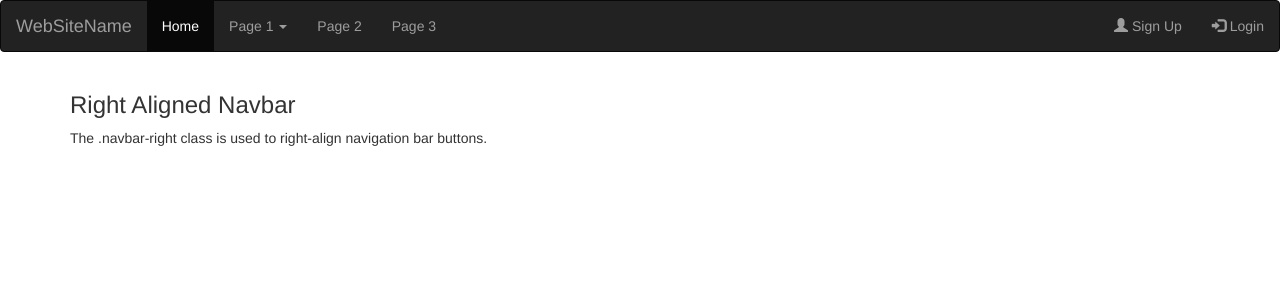
Repository: Ahmad-hamdan98/Java_Project
Page: http://localhost/javaproject/WIB-INF/ShowAll.jsp
These files come from the project's save history. The page is drawn as it stood at one moment and after the next save; the edit follows.
The browser window is 1280 px wide. The pictures show the whole page.
The page is served by Tomcat 9. Other server files are loaded and not shown.

Above is the page before, as saved 2022-11-19 15:15:19.

### atfirst/javaproject/src/main/webapp/WIB-INF/ShowAll.jsp
   <!DOCTYPE html>
<html lang="en">
<head>
  <title>Bootstrap Case</title>
  <meta charset="utf-8">
  <meta name="viewport" content="width=device-width, initial-scale=1">
  <link rel="stylesheet" href="https://maxcdn.bootstrapcdn.com/bootstrap/3.3.6/css/bootstrap.min.css">

</head>
<body>

<nav class="navbar navbar-inverse">
  <div class="container-fluid">
    <div class="navbar-header">
      <a class="navbar-brand" href="#">WebSiteName</a>
    </div>
    <ul class="nav navbar-nav">
      <li class="active"><a href="#">Home</a></li>
      <li class="dropdown"><a class="dropdown-toggle" data-toggle="dropdown" href="#">Page 1 <span class="caret"></span></a>
        <ul class="dropdown-menu">
          <li><a href="#">Page 1-1</a></li>
          <li><a href="#">Page 1-2</a></li>
          <li><a href="#">Page 1-3</a></li>
        </ul>
      </li>
      <li><a href="#">Page 2</a></li>
      <li><a href="#">Page 3</a></li>
    </ul>
    <ul class="nav navbar-nav navbar-right">
      <li><a href="#"><span class="glyphicon glyphicon-user"></span> Sign Up</a></li>
      <li><a href="#"><span class="glyphicon glyphicon-log-in"></span> Login</a></li>
    </ul>
  </div>
</nav>

<div class="container">
  <h3>Right Aligned Navbar</h3>
  <p>The .navbar-right class is used to right-align navigation bar buttons.</p>
</div>
<script src="https://ajax.googleapis.com/ajax/libs/jquery/1.12.0/jquery.min.js"></script>
<script src="https://maxcdn.bootstrapcdn.com/bootstrap/3.3.6/js/bootstrap.min.js"></script>
</body>
</html>

After the next save:
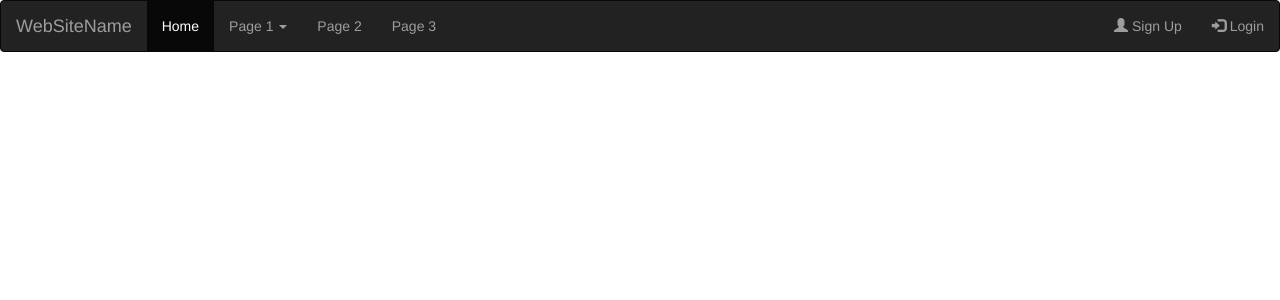
Saved 5 min 45 s later.
--- a/atfirst/javaproject/src/main/webapp/WIB-INF/ShowAll.jsp
+++ b/atfirst/javaproject/src/main/webapp/WIB-INF/ShowAll.jsp
@@ -34,10 +34,12 @@
 </nav>
 
 <div class="container">
-  <h3>Right Aligned Navbar</h3>
-  <p>The .navbar-right class is used to right-align navigation bar buttons.</p>
+
 </div>
 <script src="https://ajax.googleapis.com/ajax/libs/jquery/1.12.0/jquery.min.js"></script>
 <script src="https://maxcdn.bootstrapcdn.com/bootstrap/3.3.6/js/bootstrap.min.js"></script>
+
+
+
 </body>
 </html>
